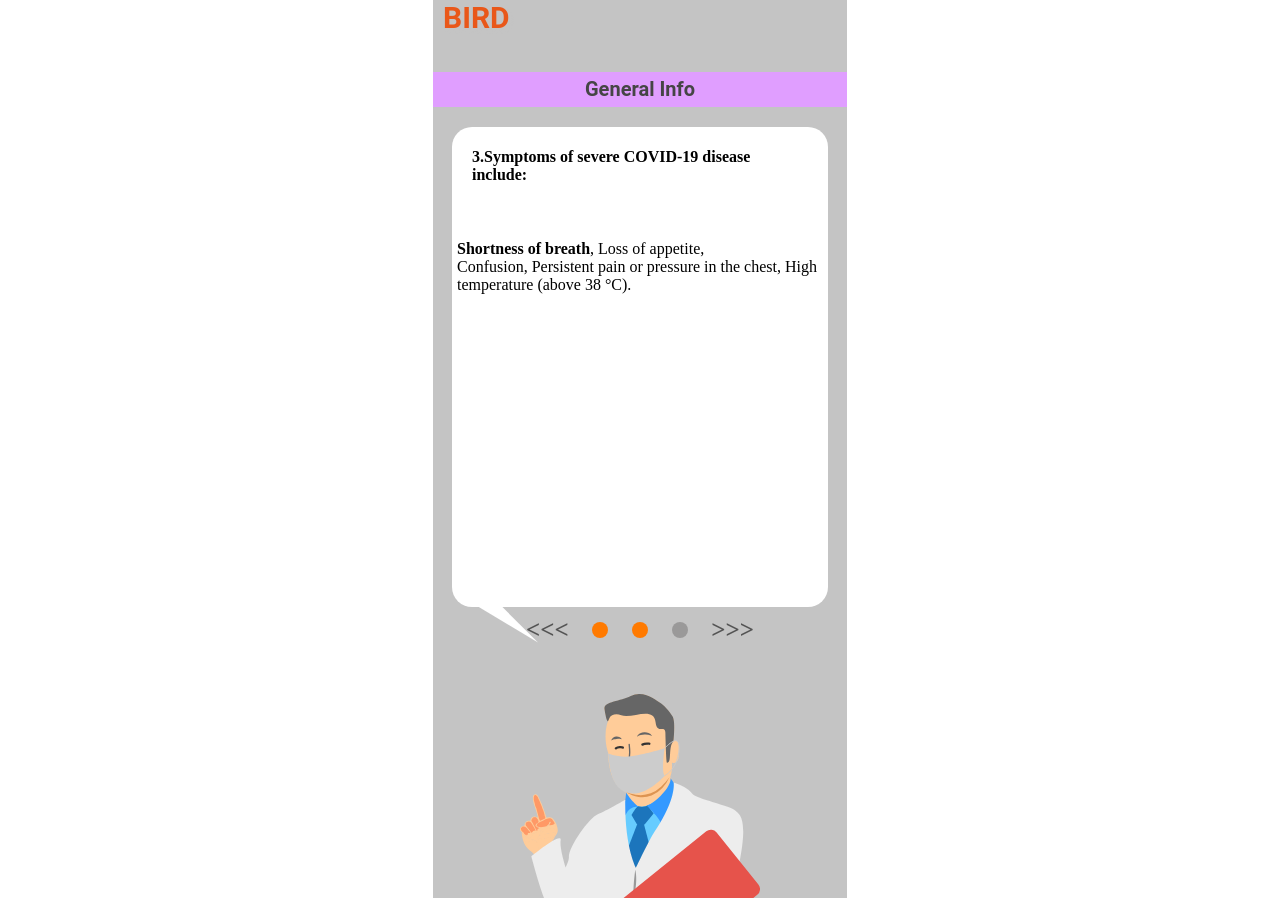
Repository: Levic559/BIRD
Page: General_info-3/1.html
An editor plug-in stored every save of this project. The page is shown before and after the next save, followed by the edit.
The browser window is 1280 px wide. The pictures show the whole page.

Above is the page before, as saved 2021-03-11 01:18:57.

After the next save:
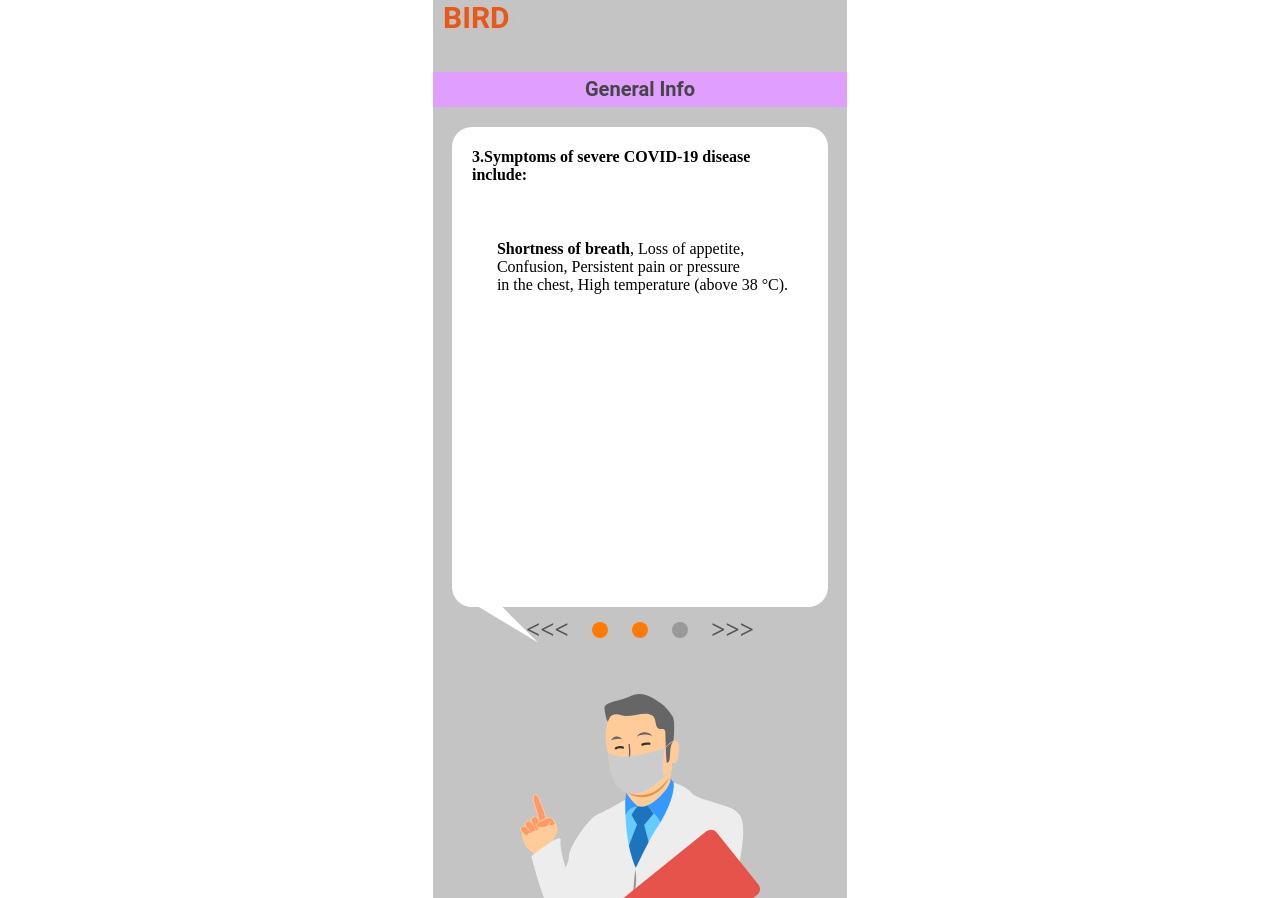
Saved 5 s later.
--- a/General_info-3/1.html
+++ b/General_info-3/1.html
@@ -19,7 +19,7 @@
         <p class="infographicText2"><br><b>Shortness of breath</b>,
           Loss of appetite,
           <br>Confusion,
-          Persistent pain or pressure in the chest,
+          Persistent pain or pressure<br> in the chest,
           High temperature (above 38 °C).
         </p>
         <div class="infographicImg">
